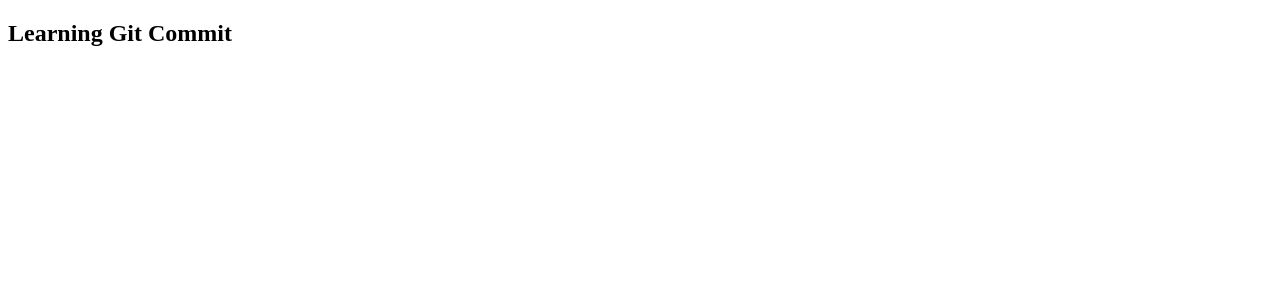
Repository: raksmeycoding/learn-git-command-and-test
Page: index.html
An editor plug-in stored every save of this project. The page is shown before and after the next save, followed by the edit.
The browser window is 1280 px wide. The pictures show the whole page.

Above is the page before, as saved 2024-01-04 21:47:58.

After the next save:
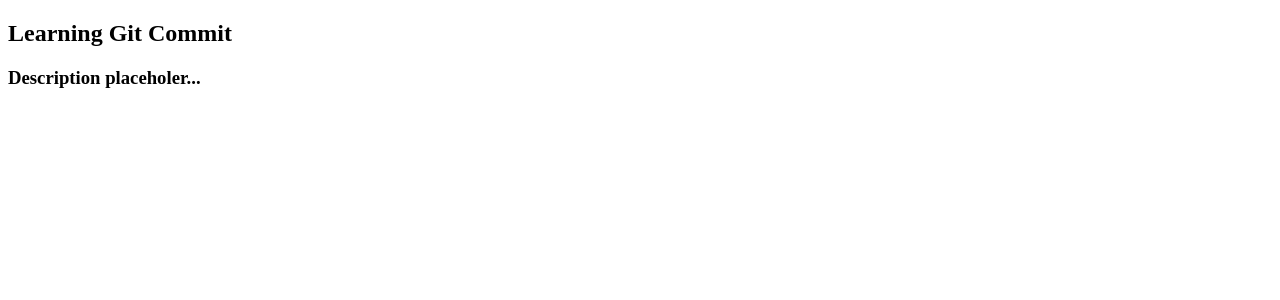
Saved 16 s later.
--- a/index.html
+++ b/index.html
@@ -10,5 +10,6 @@
   </head>
   <body>
     <h2>Learning Git Commit</h2>
+    <h3>Description placeholer...</h3>
   </body>
 </html>
